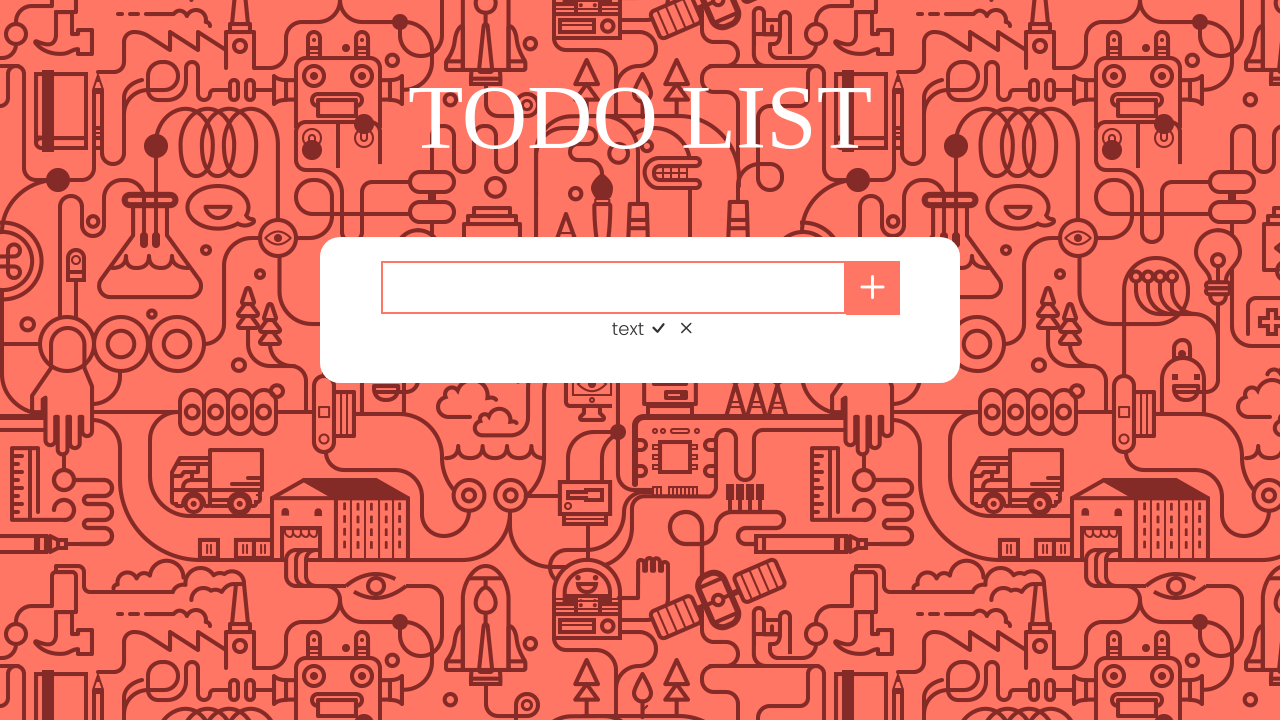
Repository: zum281/todo-list
Page: index.html
An editor plug-in stored every save of this project. The page is shown before and after the next save, followed by the edit.
The browser window is 1280 px wide. The pictures show the whole page.
Some web fonts or font styles are not loaded; a fallback is used. Some web libraries are served in a nearby version. The style sheet was rebuilt from its Sass, Less or Tailwind sources for each picture, by a compiler version that may differ from the author's.

Above is the page before, as saved 2021-03-05 16:43:50.

After the next save:
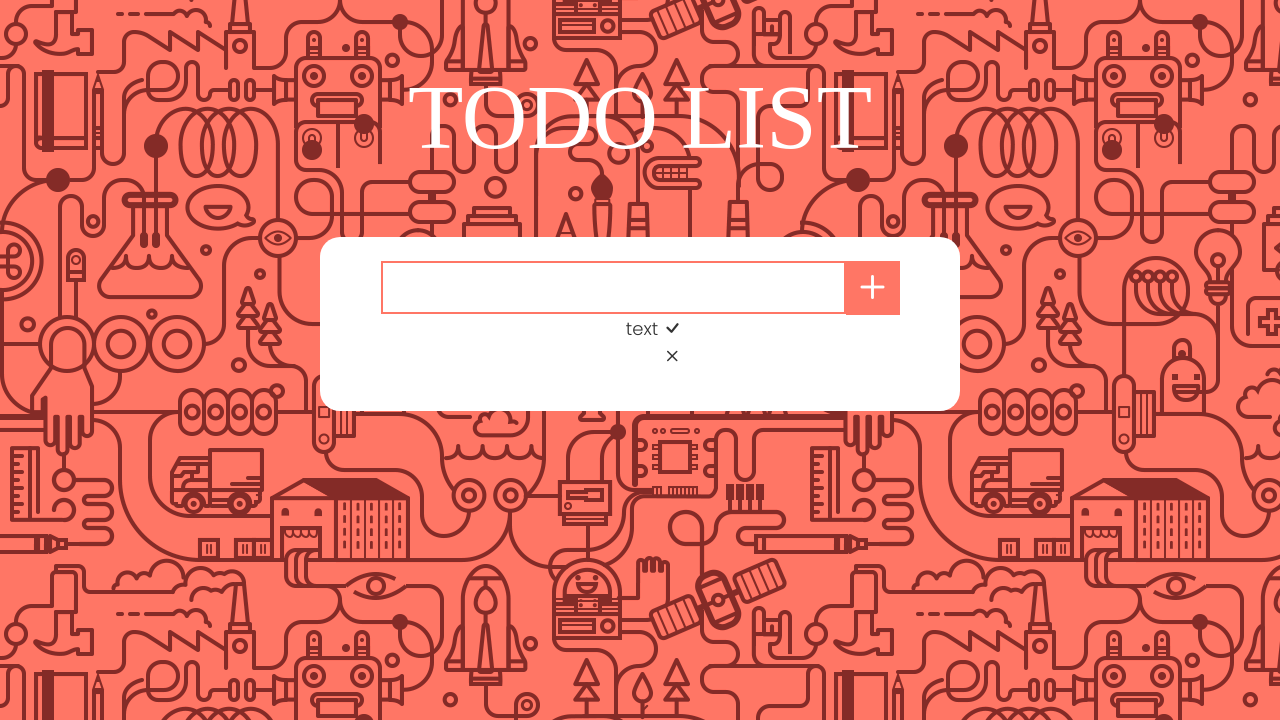
Saved 25 s later.
--- a/index.html
+++ b/index.html
@@ -32,8 +32,10 @@
             <div class="todo-list-container">
                 <ul class="todo-list">
                     <li class="todo-item"><span class="todo-text">text</span>
-                        <div class="icon"><i class="bi bi-check"></i></div>
-                        <div class="icon"><i class="bi bi-x"></i></div>
+                        <div class="icons">
+                            <div class="icon"><i class="bi bi-check"></i></div>
+                            <div class="icon"><i class="bi bi-x"></i></div>
+                        </div>
                     </li>
                 </ul>
             </div>

After the save that followed:
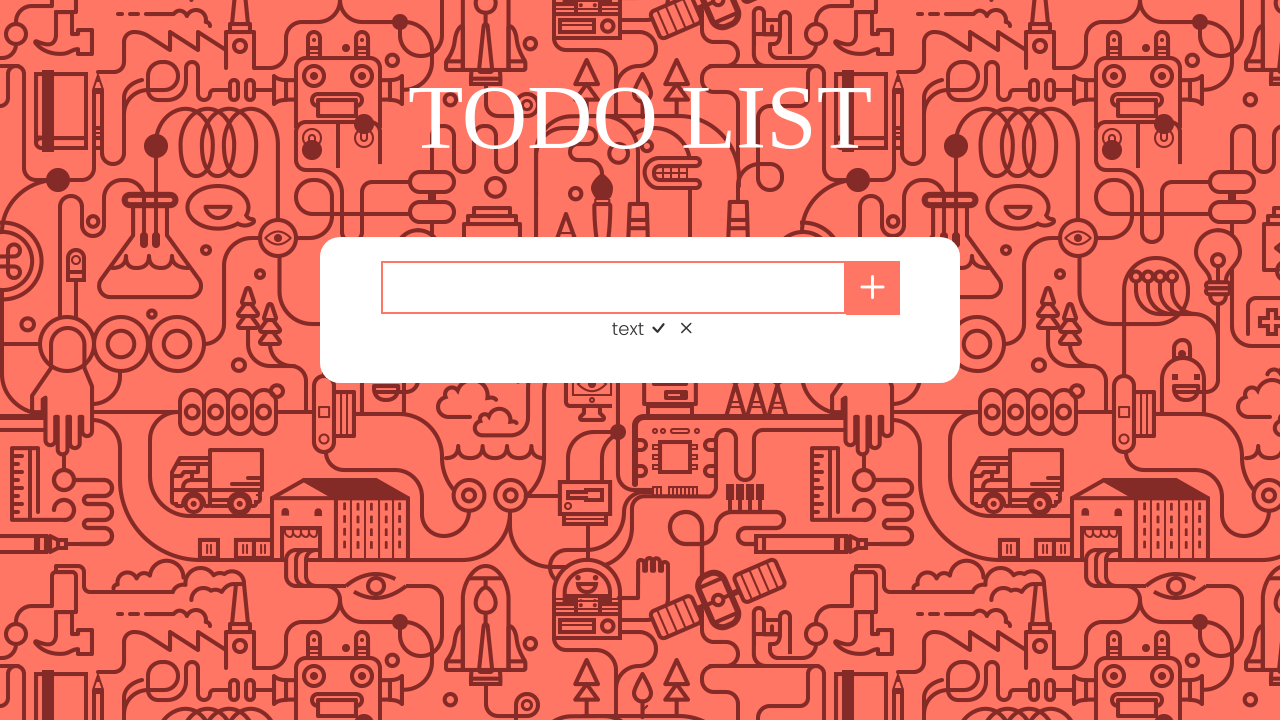
Saved 25 s later.
--- a/sass/main.scss
+++ b/sass/main.scss
@@ -72,15 +72,17 @@ body {
     .todo-item {
         display: flex;
         font-size: 18px;
-
-        .icon {
-            display: grid;
-            place-items: center;
-            width: 28px;
-            height: 28px;
-            i {
-                font-size: 24px;
-                line-height: 1;
+        .icons {
+            display: flex;
+            .icon {
+                display: grid;
+                place-items: center;
+                width: 28px;
+                height: 28px;
+                i {
+                    font-size: 24px;
+                    line-height: 1;
+                }
             }
         }
     }
